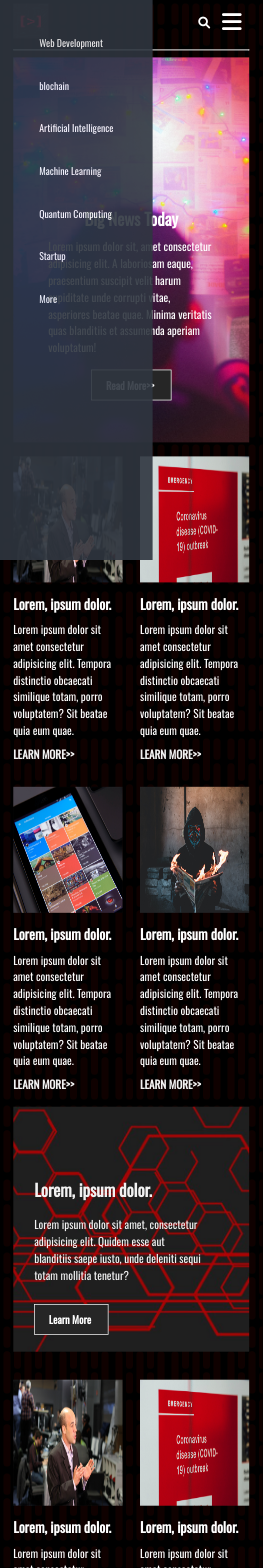
Repository: NickArregoces/News_Web
Page: index.html
The author's editor kept a copy of each file at every save. The page is drawn from the files as they stood at one save, then again after a run of saves.
The browser window is 375 px wide. The pictures show the part of the page from y = 0 to 2240 px (the page is 4243 px tall), at 70% of full size.

Above is the page before, as saved 2021-12-24 21:10:05.

### index.html
<!DOCTYPE html>
<html lang="en">
<head>
    <meta charset="UTF-8">
    <meta http-equiv="X-UA-Compatible" content="IE=edge">
    <meta name="viewport" content="width=device-width, initial-scale=1.0">
    <title>TechNews</title>
    <!--FONT AWESOME-->
    <link rel="stylesheet" href="https://cdnjs.cloudflare.com/ajax/libs/font-awesome/6.0.0-beta3/css/all.min.css">

    <link rel="stylesheet" href="style.Css">
    <!--Oswald FONTS-->
    <link rel="preconnect" href="https://fonts.googleapis.com">
<link rel="preconnect" href="https://fonts.gstatic.com" crossorigin>
<link href="https://fonts.googleapis.com/css2?family=Oswald:wght@200;300;400&display=swap" rel="stylesheet">
</head>
<body>


    <div class="menu-btn">
        <i class="fas fa-bars fa-2x" ></i><!---fa-2x doble del tamañp-->

    </div>

    <div class="container">

        <nav class ="nav-main">
            <img src="img/brand.png" alt="" class="nav-brand">

            <ul class="nav-menu show">
                <li>
                    <a href="#">Web Development</a>
                </li>
                <li>
                    <a href="#">blochain</a>
                </li>
                <li>
                    <a href="#">Artificial Intelligence</a>
                </li>
                <li>
                    <a href="#">Machine Learning</a>
                </li>
                <li>
                    <a href="#">Quantum Computing</a>
                </li>
                <li>
                    <a href="#">Startup</a>
                </li>
                <li>
                    <a href="#">More</a>
                </li>
            </ul>
            <ul class="nav-menu-right">
                <li>
                    <a href="">
                        <i class="fas fa-search"></i>
                    </a>
                </li>
            </ul>
        </nav>
        <hr> <!--Crea una linea -->


        <!--Showcase=Imagen pricnipal-->
        <header class="showcase">
            <h2>Big News Today</h2>
            <p>Lorem ipsum dolor sit, amet consectetur adipisicing elit. A laboriosam eaque, praesentium suscipit velit harum cupiditate unde corrupti vitae, asperiores beatae quae. Minima veritatis quas blanditiis et assumenda aperiam voluptatum!</p>
        <!--lorem30 te crea 30 palabras-->
            <a class="btn" href="#">Read More>> <i class="fas fa-angles-double-right"></i></a>
        </header>

        <!--NEWS CARDS(COLUMNAS)-->
        <div class="news-cards">
            <div class="">
                <img src="img/news1.jpg" alt="News 1">
                <h3>Lorem, ipsum dolor.</h3>
                <p>Lorem ipsum dolor sit amet consectetur adipisicing elit. Tempora distinctio obcaecati similique totam, porro voluptatem? Sit beatae quia eum quae.</p>
                <a href="">Learn More>><i class="fas fa-amgle-dpuble-right"></i></a>
            </div>
            <div class="">
                <img src="img/news2.jpg" alt="News 2">
                <h3>Lorem, ipsum dolor.</h3>
                <p>Lorem ipsum dolor sit amet consectetur adipisicing elit. Tempora distinctio obcaecati similique totam, porro voluptatem? Sit beatae quia eum quae.</p>
                <a href="">Learn More>><i class fas fa-amgle-dpuble-right></i></a>
            </div>
            <div class="">
                <img src="img/news3.jpg" alt="News 3">
                <h3>Lorem, ipsum dolor.</h3>
                <p>Lorem ipsum dolor sit amet consectetur adipisicing elit. Tempora distinctio obcaecati similique totam, porro voluptatem? Sit beatae quia eum quae.</p>
                <a href="">Learn More>><i class="fas fa-amgle-dpuble-right" ></i></a>
            </div>
            <div class="">
                <img src="img/news4.jpg" alt="News 4">
                <h3>Lorem, ipsum dolor.</h3>
                <p>Lorem ipsum dolor sit amet consectetur adipisicing elit. Tempora distinctio obcaecati similique totam, porro voluptatem? Sit beatae quia eum quae.</p>
                <a href="">Learn More>><i class="fas fa-amgle-dpuble-right"></i></a>
            </div>
        </div>

        <div>

            <section class="cards-banner-one">
                <div class="content">
                    <h2>Lorem, ipsum dolor.</h2>
                    <p>Lorem ipsum dolor sit amet, consectetur adipisicing elit. Quidem esse aut blanditiis saepe iusto, unde deleniti sequi totam mollitia tenetur?</p>
                    <a href="#" class="btn">Learn More <i class="fas fa-amgle-dpuble-right"></i></a>
                </div>

            </section>

            <!--NEWS CARDS(COLUMNAS)-->
        <div class="news-cards">
            <div class="">
                <img src="img/news1.jpg" alt="News 1">
                <h3>Lorem, ipsum dolor.</h3>
                <p>Lorem ipsum dolor sit amet consectetur adipisicing elit. Tempora distinctio obcaecati similique totam, porro voluptatem? Sit beatae quia eum quae.</p>
                <a href="">Learn More>><i class="fas fa-amgle-dpuble-right"></i></a>
            </div>
            <div class="">
                <img src="img/news2.jpg" alt="News 2">
                <h3>Lorem, ipsum dolor.</h3>
                <p>Lorem ipsum dolor sit amet consectetur adipisicing elit. Tempora distinctio obcaecati similique totam, porro voluptatem? Sit beatae quia eum quae.</p>
                <a href="">Learn More>><i class fas fa-amgle-dpuble-right></i></a>
            </div>
            <div class="">
                <img src="img/news3.jpg" alt="News 3">
                <h3>Lorem, ipsum dolor.</h3>
                <p>Lorem ipsum dolor sit amet consectetur adipisicing elit. Tempora distinctio obcaecati similique totam, porro voluptatem? Sit beatae quia eum quae.</p>
                <a href="">Learn More>><i class="fas fa-amgle-dpuble-right" ></i></a>
            </div>
            <div class="">
                <img src="img/news4.jpg" alt="News 4">
                <h3>Lorem, ipsum dolor.</h3>
                <p>Lorem ipsum dolor sit amet consectetur adipisicing elit. Tempora distinctio obcaecati similique totam, porro voluptatem? Sit beatae quia eum quae.</p>
                <a href="">Learn More>><i class="fas fa-amgle-dpuble-right"></i></a>
            </div>
        </div>

        <section class="cards-banner-two">
            <div class="content">
                <h2>Lorem, ipsum dolor.</h2>
                <p>Lorem ipsum dolor sit amet consectetur adipisicing elit. Architecto ipsum consectetur minus esse nobis laudantium nam molestias repellendus obcaecati debitis soluta cumque voluptates, neque asperiores quibusdam consequatur, exercitationem recusandae ad.</p>
                <a href="#" class="btn">Learn More <i class="fas fa-angles-double-right"></i> </a>
            </div>
        </section>

        <section class="social">

                <p> Follow TechNews</p>
                <div class="links">
                    <a href="#"><!--Se crean lo iconos automaticamente-->
                        <i class="fab fa-facebook-f"></i>
                    </a>
                <a href="#">
                    <i class="fab fa-twitter"></i>
                </a>
                <a href="#">
                    <i class="fab fa-linkedin"></i>
                </a>

                </div>

        </section>

        </div>

    </div>

    <div class="footer-links">
        <div class="footer-container">
            <ul>
                <li>
                    <a href="#">
                        <h3>TITLE ONE</h3>
                    </a>
                </li>
                <li>
                    <a href="#">
                        <h3>Blokchain</h3>
                    </a>
                </li>
                <li>
                    <a href="#">
                        <h3>Blokchain</h3>
                    </a>
                </li>
                <li>
                    <a href="#">
                        <h3>Blokchain</h3>
                    </a>
                </li>
                <li>
                    <a href="#">
                        <h3>Blokchain</h3>
                    </a>
                </li>
                <li>
                    <a href="#">
                        <h3>Blokchain</h3>
                    </a>
                </li>
                <li>
                    <a href="#">
                        <h3>Blokchain</h3>
                    </a>
                </li>
                <li>
                    <a href="#">
                        <h3>Blokchain</h3>
                    </a>
                </li>
            </ul>

            <ul>
                <li>
                    <a href="#">
                        <h3>TITLE ONE</h3>
                    </a>
                </li>
                <li>
                    <a href="#">
                        <h3>Blokchain</h3>
                    </a>
                </li>
                <li>
                    <a href="#">
                        <h3>Blokchain</h3>
                    </a>
                </li>
                <li>
                    <a href="#">
                        <h3>Blokchain</h3>
                    </a>
                </li>
                <li>
                    <a href="#">
                        <h3>Blokchain</h3>
                    </a>
                </li>
                <li>
                    <a href="#">
                        <h3>Blokchain</h3>
                    </a>
                </li>
                <li>
                    <a href="#">
                        <h3>Blokchain</h3>
                    </a>
                </li>
                <li>
                    <a href="#">
                        <h3>Blokchain</h3>
                    </a>
                </li>
            </ul>

            <ul>
                <li>
                    <a href="#">
                        <h3>TITLE ONE</h3>
                    </a>
                </li>
                <li>
                    <a href="#">
                        <h3>Blokchain</h3>
                    </a>
                </li>
                <li>
                    <a href="#">
                        <h3>Blokchain</h3>
                    </a>
                </li>
                <li>
                    <a href="#">
                        <h3>Blokchain</h3>
                    </a>
                </li>
                <li>
                    <a href="#">
                        <h3>Blokchain</h3>
                    </a>
                </li>
                <li>
                    <a href="#">
                        <h3>Blokchain</h3>
                    </a>
                </li>
                <li>
                    <a href="#">
                        <h3>Blokchain</h3>
                    </a>
                </li>
                <li>
                    <a href="#">
                        <h3>Blokchain</h3>
                    </a>
                </li>
            </ul>

            <ul>
                <li>
                    <a href="#">
                        <h3>TITLE ONE</h3>
                    </a>
                </li>
                <li>
                    <a href="#">
                        <h3>Blokchain</h3>
                    </a>
                </li>
                <li>
                    <a href="#">
                        <h3>Blokchain</h3>
                    </a>
                </li>
                <li>
                    <a href="#">
                        <h3>Blokchain</h3>
                    </a>
                </li>
                <li>
                    <a href="#">
                        <h3>Blokchain</h3>
                    </a>
                </li>
                <li>
                    <a href="#">
                        <h3>Blokchain</h3>
                    </a>
                </li>
                <li>
                    <a href="#">
                        <h3>Blokchain</h3>
                    </a>
                </li>
                <li>
                    <a href="#">
                        <h3>Blokchain</h3>
                    </a>
                </li>
            </ul>
        </div>
    </div>

    <footer class="footer">
        <h3>Tech News Copyright</h3>
    </footer>

    <script src="./main.js" ></script>
</body>
</html>

### style.Css
*{
    box-sizing: border-box;
    margin: 0;
    padding: 0;
}

body{
    background:#000000;
    color:#ffff;
    background-color: #000000;
    background-image: url("data:[embedded picture, 663 characters]");
    font-size: 16px;
    font-family: 'Oswald', sans-serif;
}

a{
    color: #ffff;
    text-decoration: none;
}

ul{
    list-style: none;
}
.container{
    width: 90%;/*responsive*/
    margin: auto;
    color: #ffff;/*MIO*/
}
/*Navigation*/
.nav-main{
    font-size: 17px;
    display: flex;/*Elememnto al lado de otro*/
    justify-content: space-between;
    align-items: center;
    height: 60px;
    padding: 20px 0px;
}
.nav-brand{
    width: 50px;
}

/*Nav Left*/
.nav-main ul{
    display:flex;
}

.nav-main ul li{
    padding: 10px;
}

.nav-main ul li a{
    padding: 6px;
}

.nav-main ul li a:hover {
    border-bottom: 2px solid #ffffff;
}
.nav-main ul.nav-menu{
    flex:1;
    margin-left: 20px;
}

.menu-btn {
    position: absolute;
    cursor: pointer;
    top: 15px;
    right: 30px;
    z-index: 2;
}

/*Showcase*/
hr{
    margin:10px 0px;
}
.showcase{
    width: 100%;
    height: 550px;
    /*Arreglar img */
    background: url(/img/showcase2.jpg) no-repeat center center/cover;
    padding: 50px;
    margin-bottom: 20px;/*Margen interna*/
    display:flex;
    flex-direction: column;
    align-items: center;/*centrar P*/
    justify-content: flex-end; /*p al final*/
}

.btn{
    cursor: pointer;
    display: inline-block;
    border: 0;
    font-weight: bold;
    padding: 10px 20px;
    background: #262626;
    color:#ffffff;
    font-size: 15px;
    border: 1px solid #ffff;
    margin:10px 0px;
}

.btn:hover{
    opacity: 0.7;
}

.showcase h2,
.showcase p{
    margin-bottom: 10px;
}

/*News CARS*/
.news-cards{
    display: grid;
    grid-template-columns: 1fr 1fr 1fr 1fr;/*4 columnas*/
    gap: 25px;/*espaciado card*/
    margin: 10px 0;
}

.news-cards img{
    width:100%;
    height:  180px;
}

.news-cards h3{
    font-size: 20px;
    margin:  10px 0;

}

.news-cards a{
    padding: 10px 0;
    color: #f2f2f2;
    text-transform: uppercase;
    display: inline-block;
    font-weight: bold;
}

.news-cards a:hover{
    text-decoration: underline; /*Line debajo*/
}

/*Cards-banner-one*/

.cards-banner-one {
    width: 100%;
    height: 350px;
    background: url(./img/tech-red.jpg) no-repeat center/cover;;
    margin-bottom: 40px;
}
.cards-banner-one .content{
    width: 40%;
    padding: 90px 0 0 30px;
    color: #f2f2f2;
}

.cards-banner-one p,
.cards-banner-one h2{
    margin: 10px 0 20px 0;
}

/*CARDS BANNER TWO*/

.cards-banner-two{
    background: url(./img/image-five.jpg) no-repeat center/cover;
    width: 100%;
    height: 350px;
}

.cards-banner-two .content{
    width: 50%;
    padding: 100px 0 0 30px;
}

/*Social*/
.social{
    margin: 50px;
}

.social p{
    text-align: center;
    font-size: 30px;
    margin-bottom: 20px;
}

.links{
    display: flex;
    align-items: center;
    justify-content: center;
}

.links a{
    margin: 0 25px;
}
.links a i{
    font-size: 3rem;
}

/*Footer-Links*/

.footer-links{
    background: #2f3640;
    color: #616161;
    font-size: 12px;
    padding: 35px 0;
}

.footer-container {
    display: grid;/*activa grid*/
    grid-template-columns: repeat(4, 1fr);
    gap: 10px;
    align-items: flex-start;
    justify-content: center;
}

.footer-container ul{
    margin:0 auto; /*Automaticamente margen separadas*/
}
.footer-container ul li{
    line-height: 2.8;
}

.footer{
    background: #2f3640;
    color: #616161;
    font-size: 12px;
    padding:20px 0;
    text-align: center;
    padding-bottom: 30px;
}

/*!RESPONSIVE*/
@media (max-width: 700px) {

    .nav-main ul.nav-menu{
        display: block; /*Los elementos de bajan en linea*/
        position: absolute;
        top: 0;
        left: 0;/*Para que quede al borde*/
        background: #2f3640;
        height: 100%;
        padding: 30px;
        opacity: .9;
        transform: translateX(-400px);/*se muestre el boton*/
        transition: transform .5s ease-in-out ;
    }

    .nav-main ul.nav-menu.show{
        transform: translateX(-20px);
    }

    .nav-main ul.nav-menu li{
        padding: 20px;
        /*border-bottom: #ccc solid 1px  para borde abajo*/
        font-size: 14px;
    }

    .nav-main ul.nav-menu-right{
        margin-right: 40px;
    }
    .news-cards {
        grid-template-columns: repeat(2, 1fr);
    }

    .cards-banner-one .content,
    .cards-banner-two .content{
        width: 80%;
    }

    .footer-links .footer-container{
        grid-template-columns: repeat(2, 1fr);
    }
}

@media (max-width: 500px) {
    body{

    }
}

### main.js
// boton
document.querySelector('.menu-btn').addEventListener('click', () => {// seleccionar un documento clase btn
    document.querySelector('.nav-menu').classList.toggle('show'); // claslist añadir o quitar la clase show
});

After the next 3 saves:
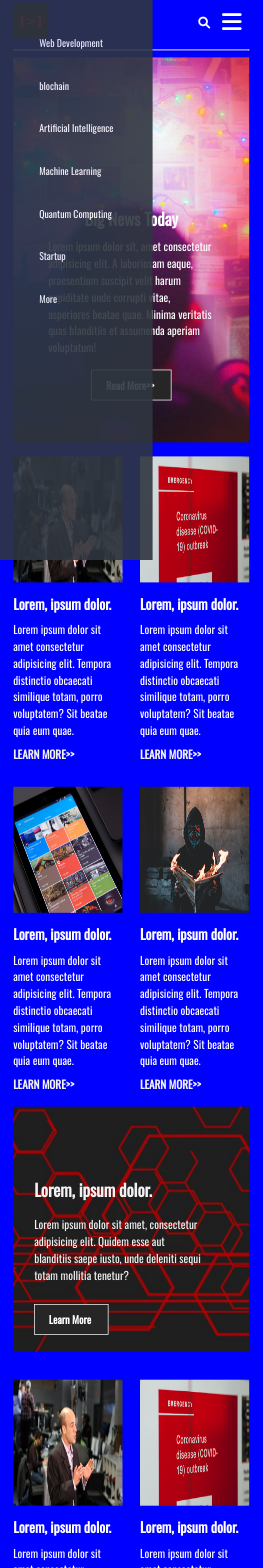
The 3 saves are shown as one change because they came seconds apart.
The last was saved 8 s later.
--- a/style.Css
+++ b/style.Css
@@ -272,6 +272,6 @@
 
 @media (max-width: 500px) {
     body{
-
-    }
-}
+        background: blue;
+    }
+}

After the 5 saves that followed:
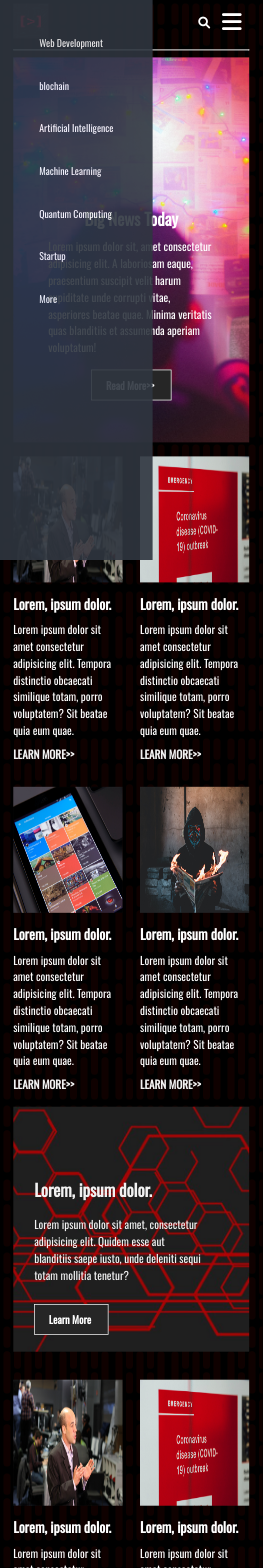
The 5 saves are shown as one change because they came seconds apart.
The last was saved 31 s later.
--- a/style.Css
+++ b/style.Css
@@ -271,7 +271,7 @@
 }
 
 @media (max-width: 500px) {
-    body{
-        background: blue;
-    }
-}
+    .news-cards {
+        grid-template-columns: ;
+    }
+}
